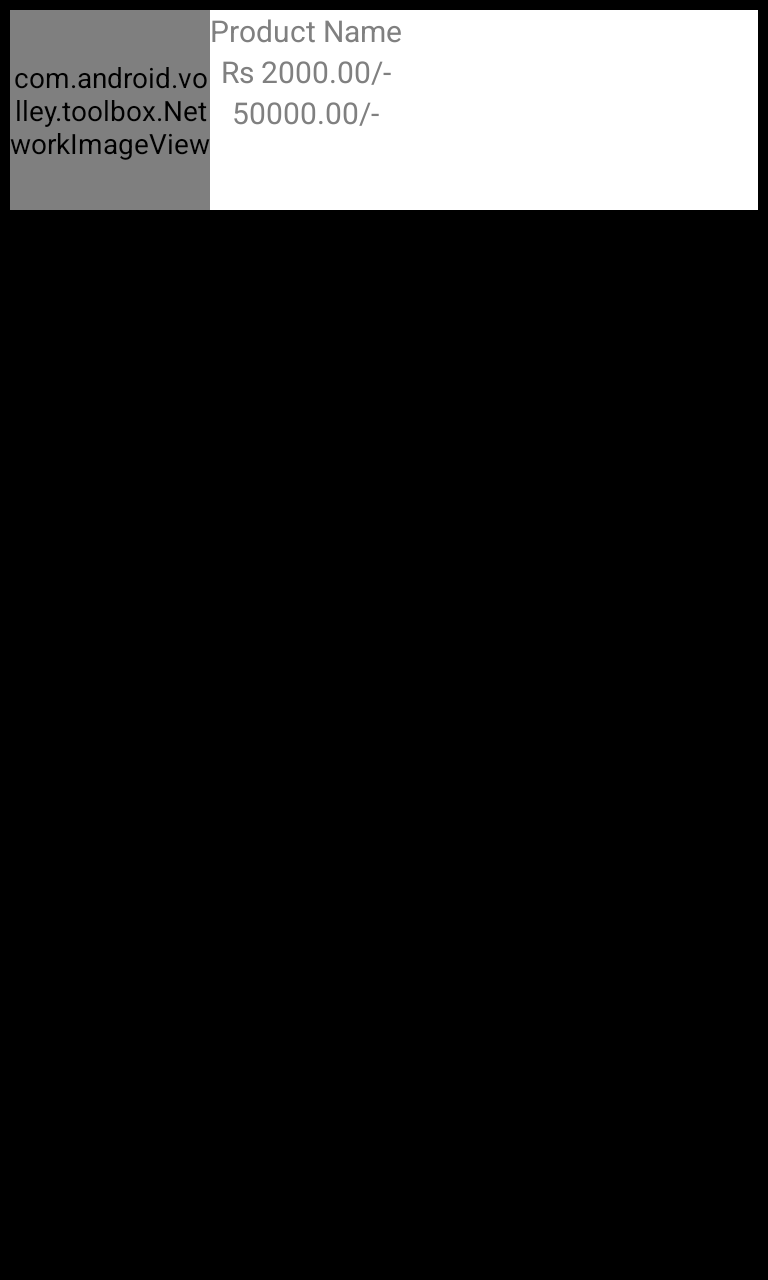
Repository: thisisdemo333/BigDiscount
Layout: BigDiscounts/res/layout/view_lv_search_list.xml
An editor plug-in stored every save of this project. The layout is shown before and after the next save, followed by the edit.
Pictures or frames that could not be fetched are drawn as grey boxes. It is drawn on a 768 x 1280 px phone screen (xhdpi) without system bars, with theme AppTheme; the app's code is not run.

Above is the layout before, as saved 2015-05-10 16:35:30.

After the next save:
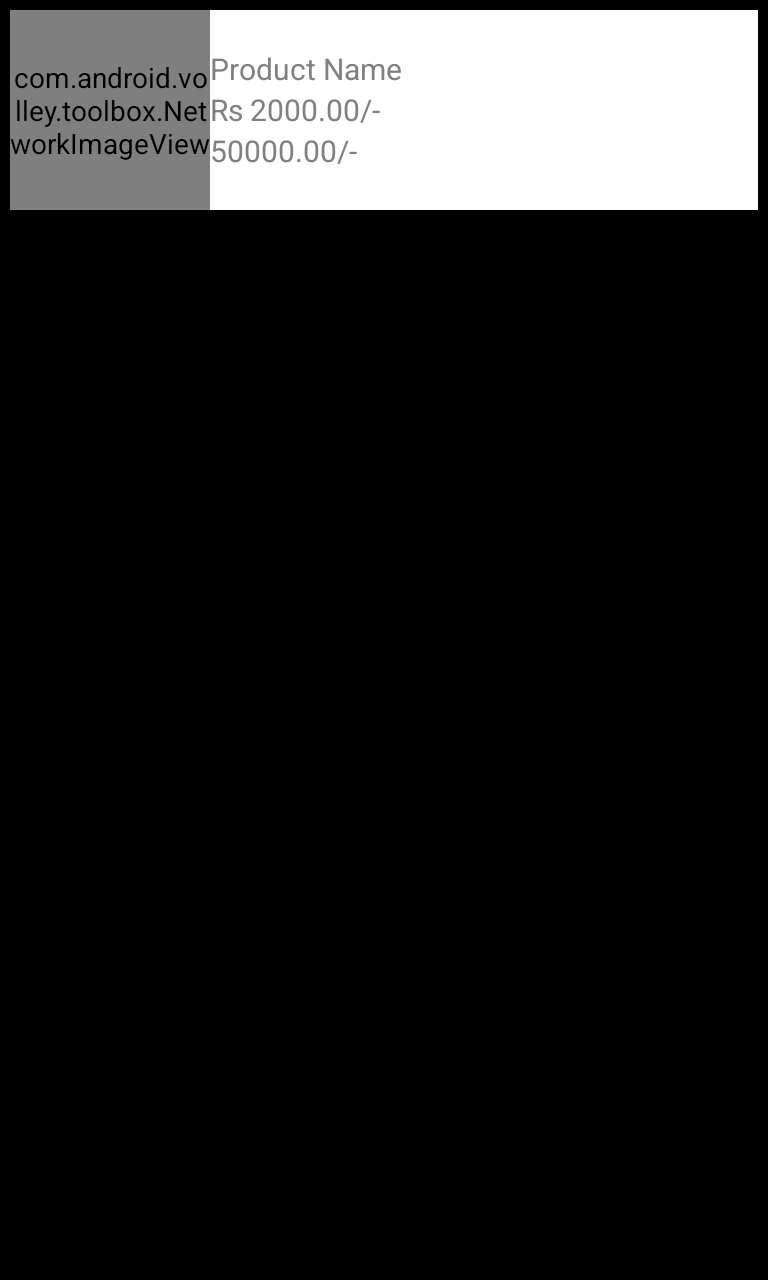
Saved 20 s later.
--- a/BigDiscounts/res/layout/view_lv_search_list.xml
+++ b/BigDiscounts/res/layout/view_lv_search_list.xml
@@ -39,7 +39,7 @@
             android:layout_height="wrap_content"
             android:layout_toRightOf="@+id/image_loader"
             android:orientation="vertical"
-            android:gravity="center" >
+           	android:layout_centerInParent="true" >
 
             <TextView
                 android:id="@+id/tv_product_name"
